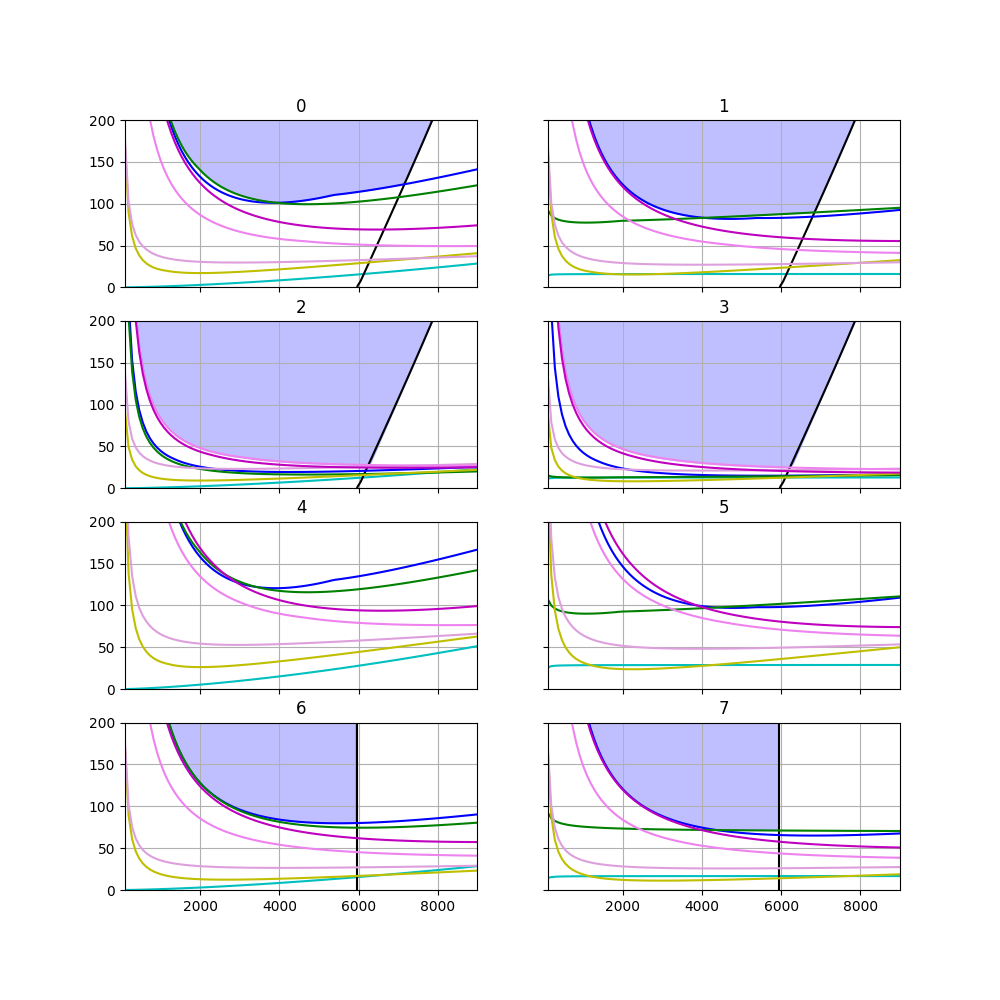
Repository: 12libao/DEA
Script's output: python Sizing_Method/ConstrainsAnalysis/ConstrainsAnalysisPDP1P2.py
An editor plug-in stored every save of this project. The script's output is shown before and after a run of saves, followed by the edit.
Random numbers start from a fixed seed.

Above is the script's output before, as saved 2021-07-12 15:00:04.

After the next 7 saves:
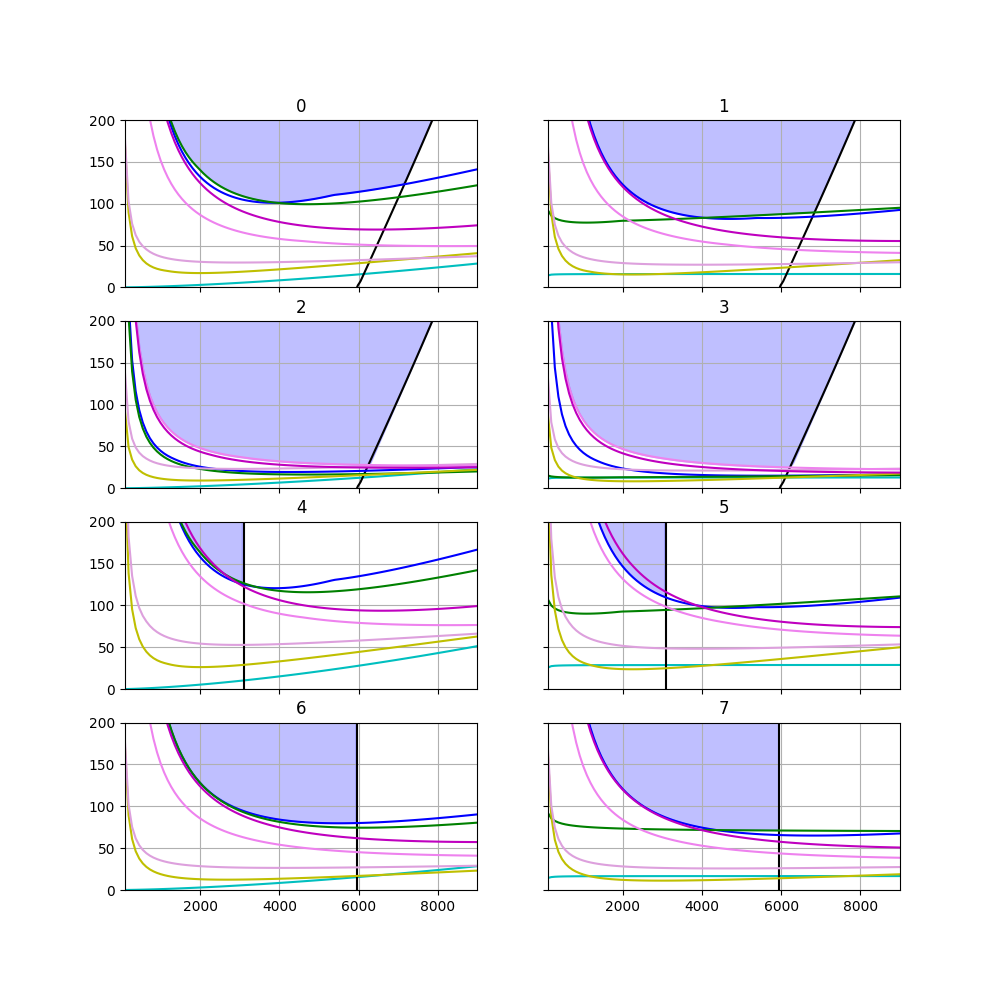
The 7 saves are shown as one change because 4 did not build or start and some came seconds apart.
The last was saved 4 min 55 s later.
--- a/Sizing_Method/ConstrainsAnalysis/ConstrainsAnalysisPDP1P2.py
+++ b/Sizing_Method/ConstrainsAnalysis/ConstrainsAnalysisPDP1P2.py
@@ -530,12 +530,14 @@ if __name__ == "__main__":
                         p_w[i, j, k] = problem.allFuncs[i](problem)
                 elif k == 4:
                     if i == 1:
-                        p_w[i, j, 4] = p_w[i, j, 2]
+                        p_w[i, j, 4] = ConstrainsAnalysis_Mattingly_Method_with_DP_turbofun(
+                            h, v, beta, w_s[j], hp).allFuncs[i](problem)
                     else:
                         p_w[i, j, 4] = p_w[i, j, 0] + p_w[i, j, 2]
                 else:
                     if i == 1:
-                        p_w[i, j, 5] = p_w[i, j, 3]
+                        p_w[i, j, 5] = ConstrainsAnalysis_Gudmundsson_Method_with_DP_turbofun(
+                            h, v, beta, w_s[j], hp).allFuncs[i](problem)
                     else:
                         p_w[i, j, 5] = p_w[i, j, 1] + p_w[i, j, 3]
 
